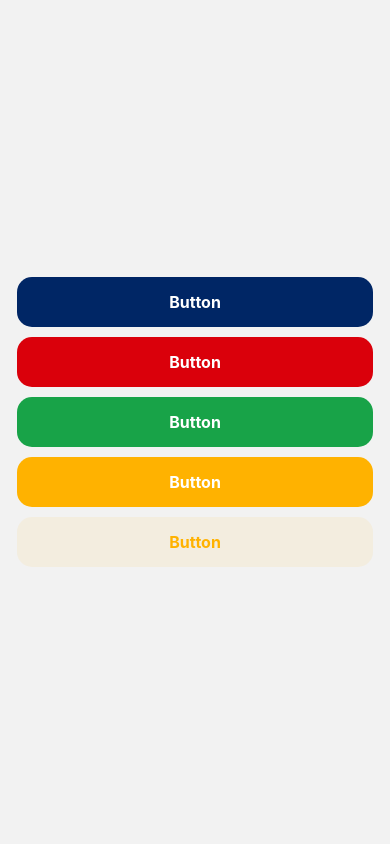
Repository: hungdomanh95/setuptheme
Screen: /
An editor plug-in stored every save of this project. The screen is shown before and after the next save, followed by the edit.
The app was drawn by React Native's web renderer in a window 390 px wide. The project was rebuilt for these pictures with package versions that can differ from the ones it lists, and the page was loaded fresh each time. Also part of the build but not shown: src/components/Fade/index.js, src/components/Slide/index.js.

Above is the screen before, as saved 2022-05-17 11:20:06.

### App.js
import {View, Text} from 'react-native';
import React from 'react';
import RootNavigation from './src/navigation/rootNavigation';

const App = () => {
  return <RootNavigation />;
};

export default App;

### src/navigation/rootNavigation.js
import React from 'react'
import {NavigationContainer} from '@react-navigation/native';
import {createNativeStackNavigator} from '@react-navigation/native-stack';
import {
  HomeScreen,
} from '../screens';
import { SafeAreaProvider } from 'react-native-safe-area-context';

const Stack = createNativeStackNavigator();
const RootNavigation = () => {
  const screenOptions = {
    headerTransparent: true,
    headerShown: false,
  };
  const stackOption = {
    headerShown: true,
    headerBackTitle: '',
    headerTitle: '',
  };
  return (
    <SafeAreaProvider>
      <NavigationContainer>
        <Stack.Navigator screenOptions={screenOptions}>
          <Stack.Screen name="HomeScreen" component={HomeScreen} />
        </Stack.Navigator>
      </NavigationContainer>
    </SafeAreaProvider>
  );
};

export default RootNavigation;

### src/screens/index.js
import HomeScreen from './HomeScreen';
export {HomeScreen};

### src/screens/HomeScreen/index.js
import {View, Text, StyleSheet} from 'react-native';
import React from 'react';
import {COLOR, shadows} from '../../theme';
import {RNButton} from '../../components';

const HomeScreen = () => {
  return (
    <View style={styles.container}>
      <RNButton text="Button" color={COLOR.primary}  />
      <RNButton text="Button" type={"danger"} />
      <RNButton text="Button" type={"success"} />
      <RNButton text="Button" type={"warning"} />
      <RNButton text="Button" color={COLOR.neural8} colorText={COLOR.neural} />
    </View>
  );
};

export default HomeScreen;
const styles = StyleSheet.create({
  container: {
    flex: 1,
    justifyContent: 'center',
    alignItems: 'center',
  },
});

### src/theme/index.js
import {StyleSheet, Dimensions} from 'react-native';
const {width, height} = Dimensions.get('window');
const width_design = 375;
export const size = {
  width,
  height,
  spacing: 16,
  icon: 24,
  btn1: (width * 343) / width_design,
  btn2: (width * 196) / width_design,
  btn3: (width * 160) / width_design,
};
export const COLOR = {
  primary: '#002665',
  primary80: "rgba(0, 38, 101, 0.8)",
  primary60: "rgba(0, 38, 101, 0.6)",
  primary40: "rgba(0, 38, 101, 0.4)",
  primary24: "rgba(0, 38, 101, 0.24)",
  primary16: "rgba(0, 38, 101, 0.16)",
  primary8: "rgba(0, 38, 101, 0.08)",
  primary4: "rgba(0, 38, 101, 0.04)",
  secondary: '#2567F9',
  secondary50: '#0077FF',
  secondary40: 'rgba(0, 119, 255, 0.4)',
  secondary24: 'rgba(0, 119, 255, 0.24)',
  secondary16: 'rgba(0, 119, 255, 0.16)',
  secondary8: 'rgba(0, 119, 255, 0.08)',
  white: '#FFFFFF',
  white64: 'rgba(255,255,255,0.64)',
  white40: 'rgba(255,255,255,0.4)',
  white24: 'rgba(255,255,255,0.24)',
  white16: 'rgba(255,255,255,0.16)',
  white8: 'rgba(255,255,255,0.08)',
  white4: 'rgba(255,255,255,0.04)',
  yellow: '#FDBE01',
  yellow80: 'rgba(253, 190, 1, 0.8)',
  yellow40: 'rgba(253, 190, 1, 0.4)',
  yellow16: 'rgba(253, 190, 1, 0.16)',
  red: '#DA000B',
  red80: 'rgba(227, 38, 46, 0.8)',
  red40: 'rgba(227, 38, 46, 0.4)',
  red16: 'rgba(227, 38, 46, 0.16)',
  gray: '#6D7E92',
  gray40: '#7689A2',
  gray24: '#B3BDCB',
  gray16: '#DADFE6',
  gray8: '#F9FAFD',
  green: '#18A348',
  green50: '#25C26E',
  green40: 'rgba(37, 194, 110, 0.4)',
  green24: 'rgba(37, 194, 110, 0.24)',
  neural: '#FFB200',
  neural80: 'rgba(255, 178, 0, 0.8)',
  neural40: 'rgba(255, 178, 0, 0.4)',
  neural24: 'rgba(255, 178, 0, 0.24)',
  neural16: 'rgba(255, 178, 0, 0.16)',
  neural8: 'rgba(255, 178, 0, 0.08)',
  orange: '#F44B02',
  orange80: 'rgba(244, 75, 2, 0.8)',
  orange40: 'rgba(244, 75, 2, 0.4)',
  orange8: '#FFECE3',
  infor: '#0289F4',
  infor80: 'rgba(2, 137, 244, 0.8)',
  infor40: 'rgba(2, 137, 244, 0.4)',
  infor10: 'rgba(2, 137, 244, 0.1)',
};
export const text = StyleSheet.create({
  h1: {
    fontSize: 22,
    lineHeight: 33,
  },
  h2: {
    fontSize: 20,
    lineHeight: 30,
  },
  h3: {
    fontSize: 18,
    lineHeight: 27,
  },
  fz16: {
    fontSize: 16,
    lineHeight: 24,
  },
  fz14: {
    fontSize: 14,
    lineHeight: 21,
  },
  fz12: {
    fontSize: 12,
    lineHeight: 18,
  },
  fz10: {
    fontSize: 10,
    lineHeight: 15,
  },
  bold: {
    fontWeight: '700',
  },
  medium: {
    fontWeight: '500',
  },
  regular: {
    fontWeight: '400',
  },
});
export const shadows = StyleSheet.create({
  sh: {
    backgroundColor: '#FFFFFF',
    shadowColor: 'rgba(0, 38, 101, 0.1)',
    shadowOffset: {
      width: 0,
      height: 2,
    },
    shadowOpacity: 2,
    shadowRadius: 5,
    elevation: 5,
  },
});

### src/components/index.js
import Fade from './Fade';
import Slide from './Slide';
import RNButton from './RNButton';
export {Fade, Slide, RNButton};

### src/components/RNButton/index.js
import {StyleSheet, Text, View} from 'react-native';
import React, {useEffect} from 'react';
import {COLOR, size, text} from '../../theme';

const RNButton = props => {
  const {text, type} = props;

  const colorBTN = () => {
    let colorBtn;
    if (type === 'success') colorBtn = COLOR.green;
    else if (type === 'warning') colorBtn = COLOR.neural;
    else if (type === 'danger') colorBtn = COLOR.red;
    else if (props.color) colorBtn = props.color;
    return colorBtn;
  };
  const styles = styleWithProps(props, colorBTN());
  return (
    <View style={styles.container}>
      <Text style={styles.text}>{text}</Text>
    </View>
  );
};

const styleWithProps = (props, color) => {
  return StyleSheet.create({
    container: {
      width: size.btn1,
      height: 50,
      justifyContent: 'center',
      alignItems: 'center',
      backgroundColor: color,
      borderRadius: 15,
      marginVertical: 5,
    },
    text: {
      color: props.colorText || COLOR.white,
      ...text.fz16,
      ...text.bold,
    },
  });
};
export default RNButton;

After the next save:
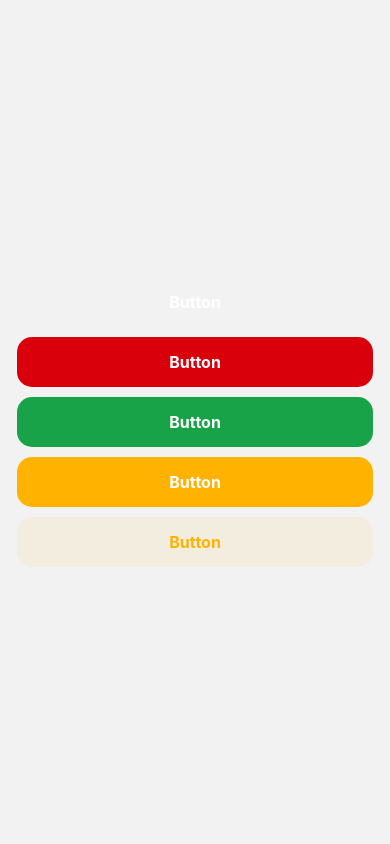
Saved 48 s later.
--- a/src/screens/HomeScreen/index.js
+++ b/src/screens/HomeScreen/index.js
@@ -6,7 +6,7 @@ import {RNButton} from '../../components';
 const HomeScreen = () => {
   return (
     <View style={styles.container}>
-      <RNButton text="Button" color={COLOR.primary}  />
+      <RNButton text="Button" type={"primary"}  />
       <RNButton text="Button" type={"danger"} />
       <RNButton text="Button" type={"success"} />
       <RNButton text="Button" type={"warning"} />

After the save that followed:
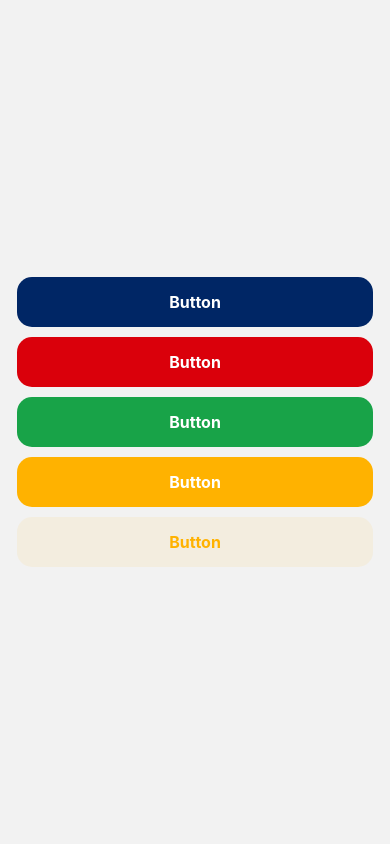
Saved 12 s later.
--- a/src/components/RNButton/index.js
+++ b/src/components/RNButton/index.js
@@ -10,6 +10,7 @@ const RNButton = props => {
     if (type === 'success') colorBtn = COLOR.green;
     else if (type === 'warning') colorBtn = COLOR.neural;
     else if (type === 'danger') colorBtn = COLOR.red;
+    else if (type === 'primary') colorBtn = COLOR.primary;
     else if (props.color) colorBtn = props.color;
     return colorBtn;
   };
